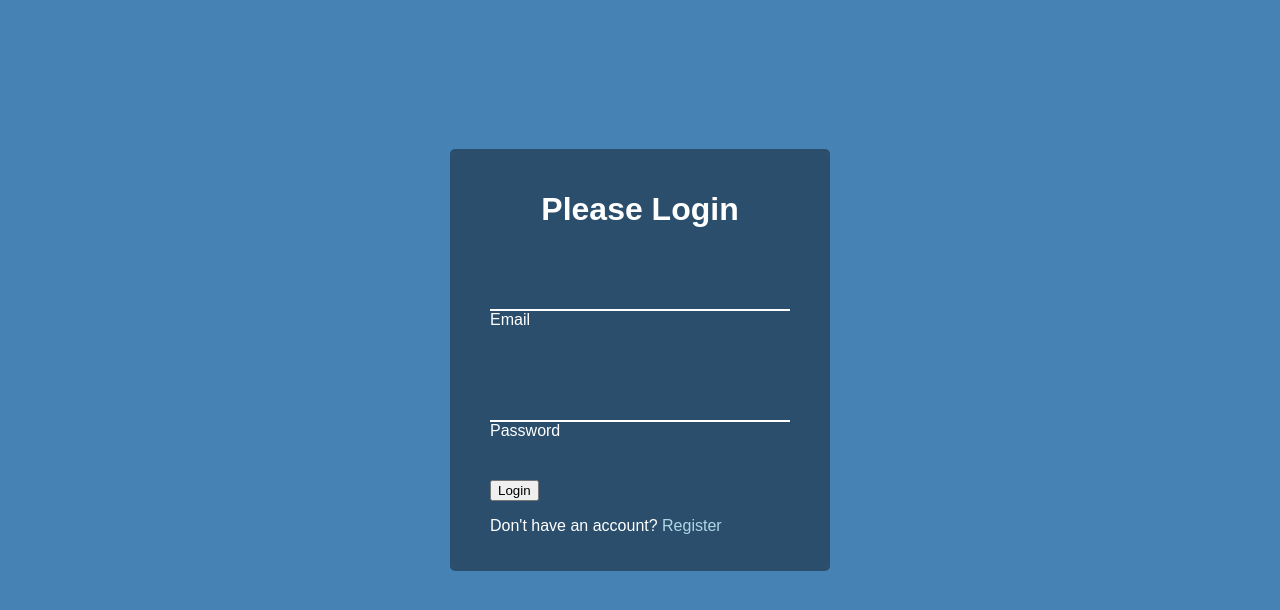
Repository: thecoachanna/form-animation
Page: index.html
These files come from the project's save history. The page is drawn as it stood at one moment and after a run of saves; the edit follows.
The browser window is 1280 px wide. The pictures show the whole page.
Some web fonts or font styles are not loaded; a fallback is used.

Above is the page before, as saved 2023-02-26 09:59:24.

### index.html
<!DOCTYPE html>
<html lang="en">
<head>
    <meta charset="UTF-8">
    <meta http-equiv="X-UA-Compatible" content="IE=edge">
    <meta name="viewport" content="width=device-width, initial-scale=1.0">
    <link rel="stylesheet" href="style.css">
    <title>Wave Animation</title>
</head>
<body>
    <div class="container">
        <h1>Please Login</h1>
        <form>
            <div class="form-control">
                <input type="text" required>
                <label>Email</label>
            </div>
            <div class="form-control">
                <input type="password" required>
                <label>Password</label>
            </div>
            <button class="btn">Login</button>

            <p class="text">Don't have an account? <a href="#">Register</a></p>
        </form>
    </div>
    <script src="script.js"></script>
</body>
</html>

### style.css
@import url('https://fonts.googleapis.com/css?family=Muli&display=swap');


* {
    box-sizing: border-box;
}

body {
    background-color: steelblue;
    color: white;
    font-family: 'Muli', sans-serif;
    display: flex;
    flex-direction: column;
    align-items: center;
    justify-content: center;
    height: 100vh;
    overflow: hidden;
    margin: 0;
}

.container {
    background-color: rgba(0,0,0,0.4);
    padding: 20px 40px;
    border-radius: 5px;
}

.container h1 {
    text-align: center;
    margin-bottom: 30px;
}

.container a {
    text-decoration: none;
    color: lightblue;
}

.btn {
    cursor: pointer;
    display: inline-block;

}

.form-control {
    position: relative;
    margin: 20px 0 40px;
    width: 300px;
}

.form-control input {
    background-color: transparent;
    border: 0;
    border-bottom: 2px #fff solid;
    display: block;
    width: 100%;
    padding: 15px 0;
    font-size: 18px;
    color: white;
}

.form-control input:focus,
.form-control input:valid {
    outline: 0;
}

Loaded but not shown: script.js (no copy from this time; the picture is the same without it)

After the next 2 saves:
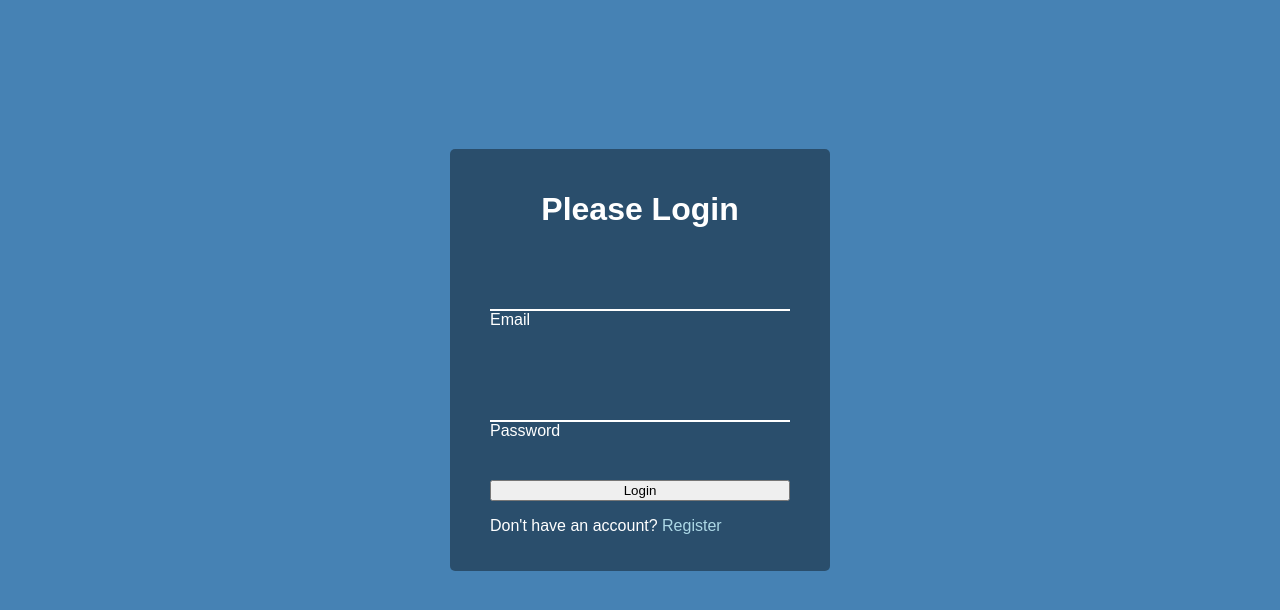
The 2 saves are shown as one change because they came seconds apart.
The last was saved 6 s later.
--- a/style.css
+++ b/style.css
@@ -37,7 +37,8 @@ body {
 .btn {
     cursor: pointer;
     display: inline-block;
-
+    width: 100%;
+    back
 }
 
 .form-control {
